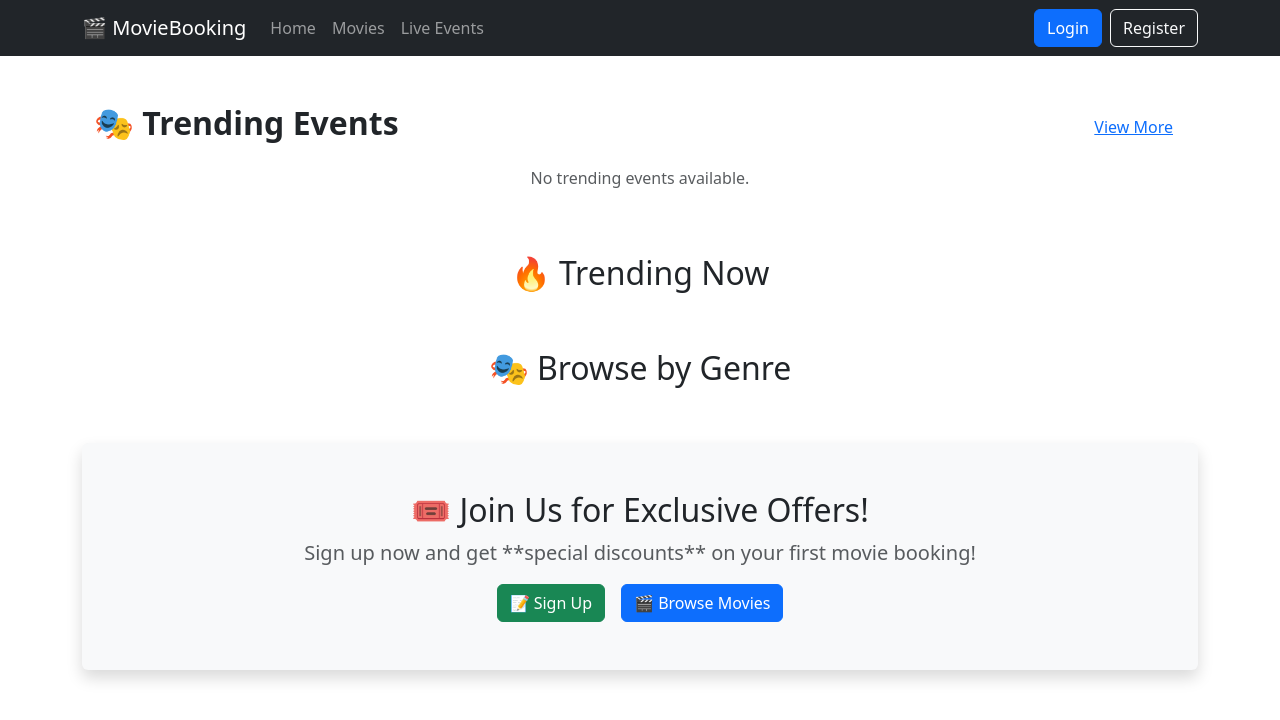
Repository: AshwinUgale/MovieBookingFrontend
Page: /
An editor plug-in stored every save of this project. The page is shown before and after the next save, followed by the edit.
The browser window is 1280 px wide. The pictures show the whole page.
The page's requests for data from a server got no answer. The project was rebuilt for these pictures with package versions that can differ from the ones it lists, and the page was loaded fresh each time. No one was signed in, and anything a server would have sent is missing. Also part of the build but not shown: src/components/MovieSearch.js, src/components/Testimonials.js, src/pages/LoginPage.js, src/pages/RegisterPage.js, src/pages/DashboardPage.js, src/utils/PrivateRoute.js, src/pages/MovieList.js, src/pages/ShowtimesPage.js and 7 more.

Above is the page before, as saved 2025-02-22 21:52:29.

### src/index.js
import React from 'react';
import ReactDOM from 'react-dom/client';
import 'bootstrap/dist/css/bootstrap.min.css';


import App from './App';


const root = ReactDOM.createRoot(document.getElementById('root'));
root.render(
  <React.StrictMode>
    <App />
  </React.StrictMode>
);

### src/App.js
import { BrowserRouter as Router, Routes, Route } from "react-router-dom";
import HomePage from "./pages/HomePage";
import LoginPage from "./pages/LoginPage";
import RegisterPage from "./pages/RegisterPage";
import DashboardPage from "./pages/DashboardPage";
import PrivateRoute from "./utils/PrivateRoute";
import MovieList from "./pages/MovieList";
import ShowtimesPage from "./pages/ShowtimesPage";
import AdminMoviePage from "./pages/AdminMoviePage";
import AdminShowtimePage from "./pages/AdminShowtimePage";
import ShowtimePage from "./pages/ShowtimePage";
import PaymentPage from "./pages/PaymentPage";
import BookingHistoryPage from "./pages/BookingHistoryPage";
import CustomNavbar from "./components/Navbar";
import AuthProvider from "./context/AuthContext";
import Events from "./pages/Events";


function App() {
  return (
    <AuthProvider>
    <Router>
      <CustomNavbar/>
      <Routes>
        {/* Public Routes */}
        <Route path="/" element={<HomePage />} />
        <Route path="/login" element={<LoginPage />} />
        <Route path="/register" element={<RegisterPage />} />
        <Route path="/movies" element={<MovieList />} />  {/* ✅ Updated path */}
        <Route path="/events" element={<Events />} />
        <Route path="/showtimes/:movieId" element={<ShowtimesPage />} />  {/* ✅ Updated path */}
        <Route path="/showtime/:showtimeId" element={<ShowtimePage />} />
        <Route path="/payment/:bookingId" element={<PaymentPage />} />

        {/* Protected Routes */}
        <Route path="/dashboard" element={<PrivateRoute component={DashboardPage} />} />
        <Route path="/admin/movies" element={<PrivateRoute component={AdminMoviePage} />} />
        <Route path="/admin/showtimes" element={<PrivateRoute component={AdminShowtimePage} />} />
        <Route path="/bookings" element={<PrivateRoute component={BookingHistoryPage} />} />
      </Routes>
    </Router>
    </AuthProvider>
  );
}

export default App;

### src/pages/HomePage.js
import { Container } from "react-bootstrap";
import HeroSection from "../components/HeroSection";
import TrendingMovies from "../components/TrendingMovies";
import MovieSearch from "../components/MovieSearch";
import GenreSection from "../components/GenreSection";
import Testimonials from "../components/Testimonials";
import CallToAction from "../components/CallToAction";
import TrendingEvents from "../components/TrendingEvents";
const HomePage = () => {
  return (
    <>
      {/* Hero Banner */}
      {/* <HeroSection /> */}

      <Container className="text-center mt-5">
        {/* Search Bar */}

        <TrendingEvents/>

        {/* Trending Movies */}
        <TrendingMovies />

        {/* Browse by Genre */}
        <GenreSection />

        {/* User Testimonials */}


        {/* Call to Action */}
        <CallToAction />
      </Container>
    </>
  );
};

export default HomePage;

### src/components/Navbar.js
import { Link } from "react-router-dom";
import { useContext } from "react";
import { AuthContext } from "../context/AuthContext"; // ✅ Import AuthContext
import { Navbar, Nav, Container, Button } from "react-bootstrap"; // ✅ Import Bootstrap components

const CustomNavbar = () => {
    const { isAuthenticated, logout } = useContext(AuthContext); // ✅ Use authentication state

    return (
        <Navbar bg="dark" variant="dark" expand="lg">
            <Container>
                <Navbar.Brand as={Link} to="/">🎬 MovieBooking</Navbar.Brand>
                <Navbar.Toggle aria-controls="basic-navbar-nav" />
                <Navbar.Collapse id="basic-navbar-nav">
                    <Nav className="me-auto">
                        <Nav.Link as={Link} to="/">Home</Nav.Link>
                        <Nav.Link as={Link} to="/movies">Movies</Nav.Link>
                        <Nav.Link as={Link} to="/events">Live Events</Nav.Link>
                        {isAuthenticated && <Nav.Link as={Link} to="/bookings">My Bookings</Nav.Link>}
                    </Nav>
                    <Nav>
                        {!isAuthenticated ? (
                            <>
                                <Button variant="primary" as={Link} to="/login" className="mx-2">Login</Button>
                                <Button variant="outline-light" as={Link} to="/register">Register</Button>
                            </>
                        ) : (
                            <Button variant="outline-light" onClick={logout}>Logout</Button>
                        )}
                    </Nav>
                </Navbar.Collapse>
            </Container>
        </Navbar>
    );
};

export default CustomNavbar;

### src/context/AuthContext.js
import { createContext, useState, useEffect } from "react";

export const AuthContext = createContext();

const AuthProvider = ({ children }) => {
    const [isAuthenticated, setIsAuthenticated] = useState(!!localStorage.getItem("token"));

    useEffect(() => {
        const handleStorageChange = () => {
            setIsAuthenticated(!!localStorage.getItem("token"));
        };

        window.addEventListener("storage", handleStorageChange);

        return () => {
            window.removeEventListener("storage", handleStorageChange);
        };
    }, []);

    const login = (token) => {
        localStorage.setItem("token", token);
        setIsAuthenticated(true);
    };

    const logout = () => {
        localStorage.removeItem("token");
        setIsAuthenticated(false);
    };

    return (
        <AuthContext.Provider value={{ isAuthenticated, login, logout }}>
            {children}
        </AuthContext.Provider>
    );
};

export default AuthProvider;

### src/components/TrendingMovies.js
import React, { useEffect, useState } from "react";
import api from "../services/api";
import { Card, Row, Col } from "react-bootstrap";

const TrendingMovies = () => {
  const [movies, setMovies] = useState([]);

  useEffect(() => {
    async function fetchMovies() {
      try {
        const response = await api.get("/movies");
        setMovies(response.data.slice(0, 6)); // Show 6 trending movies
      } catch (error) {
        console.error("Error fetching movies:", error);
      }
    }
    fetchMovies();
  }, []);

  return (
    <div className="container my-5">
      <h2 className="text-center">🔥 Trending Now</h2>
      <Row>
        {movies.map(movie => (
          <Col key={movie._id} md={4} className="mb-4">
            <Card>
              <Card.Img variant="top" src={movie.posterUrl || "/default-poster.jpg"} />
              <Card.Body>
                <Card.Title>{movie.title}</Card.Title>
                <a href={`/movies/${movie._id}`} className="btn btn-primary">View Details</a>
              </Card.Body>
            </Card>
          </Col>
        ))}
      </Row>
    </div>
  );
};

export default TrendingMovies;

### src/components/GenreSection.js
import React, { useEffect, useState } from "react";
import api from "../services/api";

const GenreSection = () => {
  const [genres, setGenres] = useState([]);

  useEffect(() => {
    async function fetchGenres() {
      const response = await api.get("/movies");
      setGenres([...new Set(response.data.map(movie => movie.genre))]);
    }
    fetchGenres();
  }, []);

  return (
    <div className="container my-5">
      <h2 className="text-center">🎭 Browse by Genre</h2>
      <div className="d-flex flex-wrap justify-content-center">
        {genres.map(genre => (
          <a key={genre} href={`/movies?genre=${genre}`} className="btn btn-outline-secondary m-2">
            {genre}
          </a>
        ))}
      </div>
    </div>
  );
};

export default GenreSection;

### src/components/CallToAction.js
import React from "react";
import { Container, Button } from "react-bootstrap";
import { Link } from "react-router-dom";

const CallToAction = () => {
  return (
    <Container className="text-center my-5 py-5 bg-light rounded shadow">
      <h2 className="text-dark">🎟️ Join Us for Exclusive Offers!</h2>
      <p className="lead text-muted">
        Sign up now and get **special discounts** on your first movie booking!
      </p>
      <div className="d-flex justify-content-center">
        <Link to="/register">
          <Button variant="success" className="mx-2">📝 Sign Up</Button>
        </Link>
        <Link to="/movies">
          <Button variant="primary" className="mx-2">🎬 Browse Movies</Button>
        </Link>
      </div>
    </Container>
  );
};

export default CallToAction;

### src/components/TrendingEvents.js
import React, { useEffect, useState } from "react";
import { fetchEvents } from "../services/api";
import { Link } from "react-router-dom";
import { Container, Row, Col, Card, Button } from "react-bootstrap";

const TrendingEvents = () => {
  const [events, setEvents] = useState([]);

  useEffect(() => {
    const getEvents = async () => {
      const eventsData = await fetchEvents();
      setEvents(eventsData.slice(0, 6)); // Show only top 6 events
    };

    getEvents();
  }, []);

  return (
    <Container className="mt-5">
      <div className="d-flex justify-content-between align-items-center mb-3">
        <h2 className="fw-bold">🎭 Trending Events</h2>
        <Link to="/events" className="btn btn-link">View More</Link>
      </div>

      <Row className="g-4">
        {events.length > 0 ? (
          events.map((event) => (
            <Col key={event.id} xs={6} sm={4} md={3} lg={2}>
              <Card className="shadow-sm border">
                <Card.Img
                  variant="top"
                  src={event.image}
                  alt={event.name}
                  style={{ height: "200px", objectFit: "cover" }}
                />
                <Card.Body className="text-center">
                  <Card.Title className="text-truncate">{event.name}</Card.Title>
                  <Button
                    variant="primary"
                    size="sm"
                    href={event.url}
                    target="_blank"
                    rel="noopener noreferrer"
                    className="w-100"
                  >
                    View Details
                  </Button>
                </Card.Body>
              </Card>
            </Col>
          ))
        ) : (
          <p className="text-center text-muted col-12">No trending events available.</p>
        )}
      </Row>
    </Container>
  );
};

export default TrendingEvents;

### src/services/api.js
import axios from "axios";

const api = axios.create({
  baseURL: "http://localhost:5000/api",
  headers: {
    "Content-Type": "application/json",
  },
});


api.interceptors.request.use((config) => {
  const token = localStorage.getItem("token");
  if (token) {
    config.headers.Authorization = `Bearer ${token}`;
  }
  return config;
});

export const fetchMovies = async () => {
  const response = await api.get("/movies");
  return response.data;
};


export const fetchShowtimes = async (movieId) => {
  const response = await api.get(`/showtimes?movie=${movieId}`);
  return response.data;
};

export const addMovie = async (movieData) => {
  const token = localStorage.getItem("token");
  const response = await api.post("/movies", movieData, {
    headers: { Authorization: `Bearer ${token}` },
  });
  return response.data;
};

export const addShowtime = async (showtimeData) => {
  const token = localStorage.getItem("token");
  const response = await api.post("/showtimes", showtimeData, {
    headers: { Authorization: `Bearer ${token}` },
  });
  return response.data;
};


export const fetchSeats = async (showtimeId) => {
  try {
    const response = await api.get(`/showtimes/${showtimeId}`);
    return response.data.availableSeats;
  } catch (error) {
    console.error("Error fetching seats:", error);
    throw error;
  }
};


export const bookSeats = async (showtimeId, seats) => {
  try {
    const response = await api.post("/bookings", { showtimeId, seats });
    return response.data;
  } catch (error) {
    console.error("Error booking seats:", error);
    throw error;
  }
};

export const mockPayment = async (bookingId) => {
  try {
      const response = await api.post("/payments/pay", { bookingId });
      return response.data;
  } catch (error) {
      console.error("Error processing mock payment:", error);
      throw error;
  }
};

export const fetchBookingHistory = async () => {
  try {
      const response = await api.get("/bookings/history");  // GET request
      return response.data;
  } catch (error) {
      console.error("Error fetching booking history:", error);
      throw error;
  }
};


export const cancelBooking = async (bookingId) => {
  try {
      const response = await api.delete(`/bookings/${bookingId}`); // DELETE request
      return response.data;
  } catch (error) {
      console.error("Error canceling booking:", error);
      throw error;
  }
};


export const fetchEvents = async () => {
  try {
    const response = await api.get("/ticketmaster/events");
    return response.data;
  } catch (error) {
    console.error("Error fetching live events:", error.response?.data || error.message);
    return [];
  }
};


export default api;

### src/components/HeroSection.js
import React, { useEffect, useState } from "react";
import { Carousel, Button, Container } from "react-bootstrap";
import { fetchMovies, fetchEvents } from "../services/api";

const HeroSection = () => {
  const [slides, setSlides] = useState([]);
  const [loading, setLoading] = useState(true);

  useEffect(() => {
    async function loadContent() {
      try {
        const movies = await fetchMovies();
        const events = await fetchEvents();

        // Combine and shuffle movies & events
        const combinedSlides = [...movies, ...events].sort(() => Math.random() - 0.5);
        setSlides(combinedSlides.slice(0, 5)); // Show only 5 slides
        setLoading(false);
      } catch (error) {
        console.error("Error fetching movies/events:", error);
      }
    }

    loadContent();
  }, []);

  if (loading) return <p className="text-center mt-5">Loading...</p>;

  return (
    <Carousel fade className="hero-carousel">
      {slides.map((item, index) => (
        <Carousel.Item key={index}>
          <div
            className="d-flex align-items-center justify-content-center text-center text-white"
            style={{
              background: `url(${item.image || "/banner.jpg"}) center/cover no-repeat`,
              height: "500px"
            }}
          >
            <Container>
              <h1 className="fw-bold">{item.title || item.name}</h1>
              <p className="d-none d-md-block">
                {item.description ? item.description.substring(0, 100) + "..." : "Exciting event/movie available now!"}
              </p>
              {item.url ? (
                <a href={item.url} target="_blank" rel="noopener noreferrer" className="btn btn-light btn-lg">
                  View Details
                </a>
              ) : (
                <a href={`/movies/${item._id}`} className="btn btn-primary btn-lg">
                  Book Now
                </a>
              )}
            </Container>
          </div>
        </Carousel.Item>
      ))}
    </Carousel>
  );
};

export default HeroSection;

Loaded but not shown: public/index.html (common file)

After the next save:
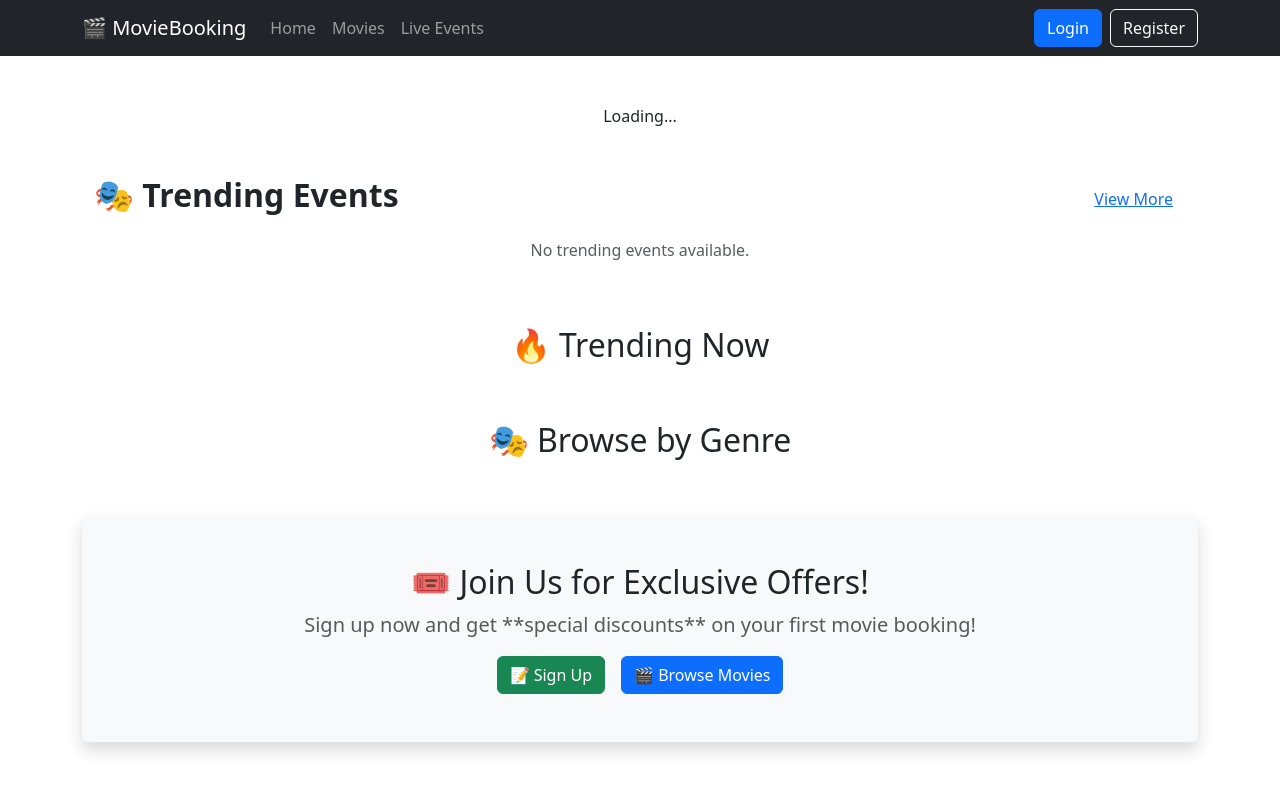
Saved 13 s later.
--- a/src/pages/HomePage.js
+++ b/src/pages/HomePage.js
@@ -10,7 +10,7 @@ const HomePage = () => {
   return (
     <>
       {/* Hero Banner */}
-      {/* <HeroSection /> */}
+      <HeroSection />
 
       <Container className="text-center mt-5">
         {/* Search Bar */}
